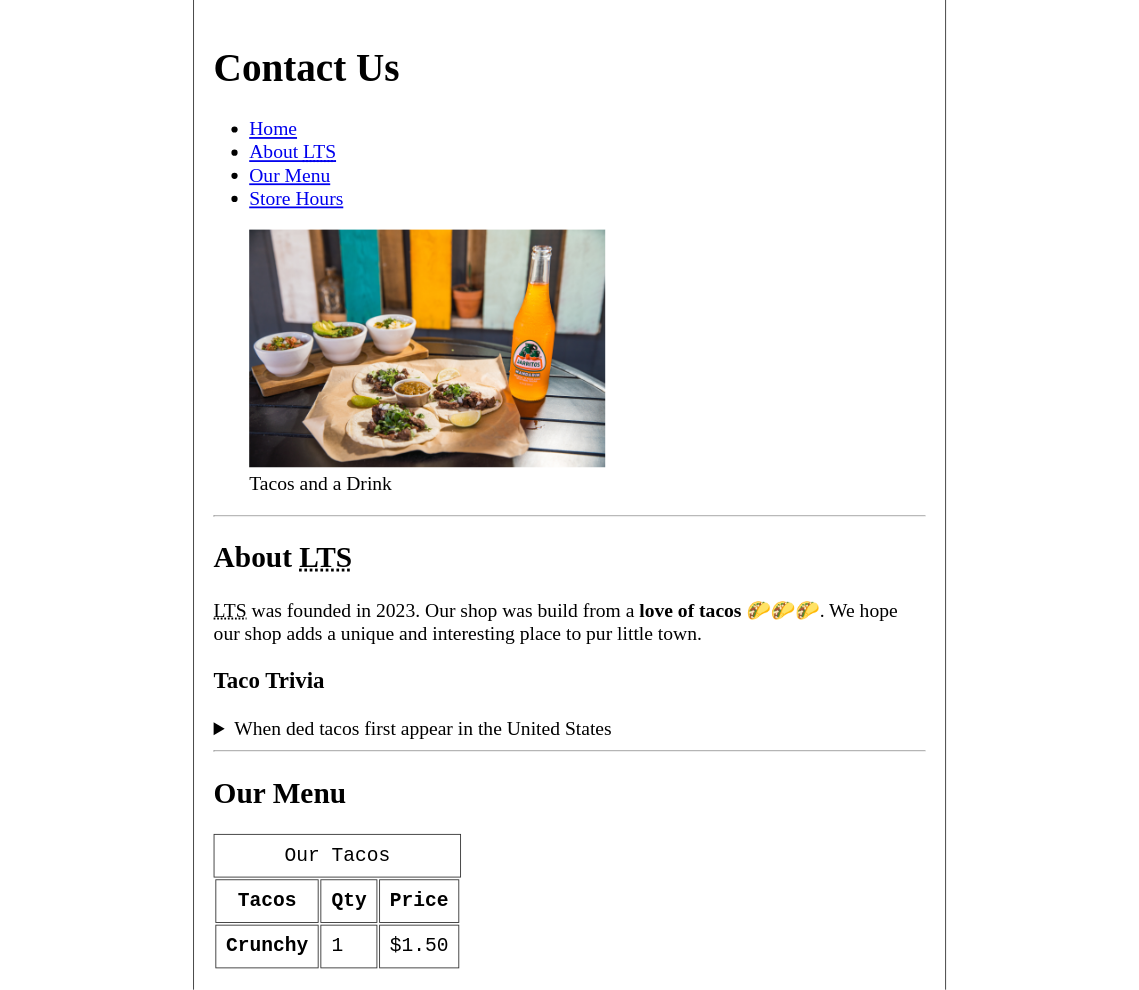
Repository: JavaProgrammerFromEastEurope/project-html-full-tutorial
Page: 10_lesson/contact.html
These files come from the project's save history. The page is drawn as it stood at one moment and after a run of saves; the edit follows.
The browser window is 1280 px wide. The pictures show the whole page, at 89% of full size.

Above is the page before, as saved 2023-04-07 05:27:24.

After the next 6 saves:
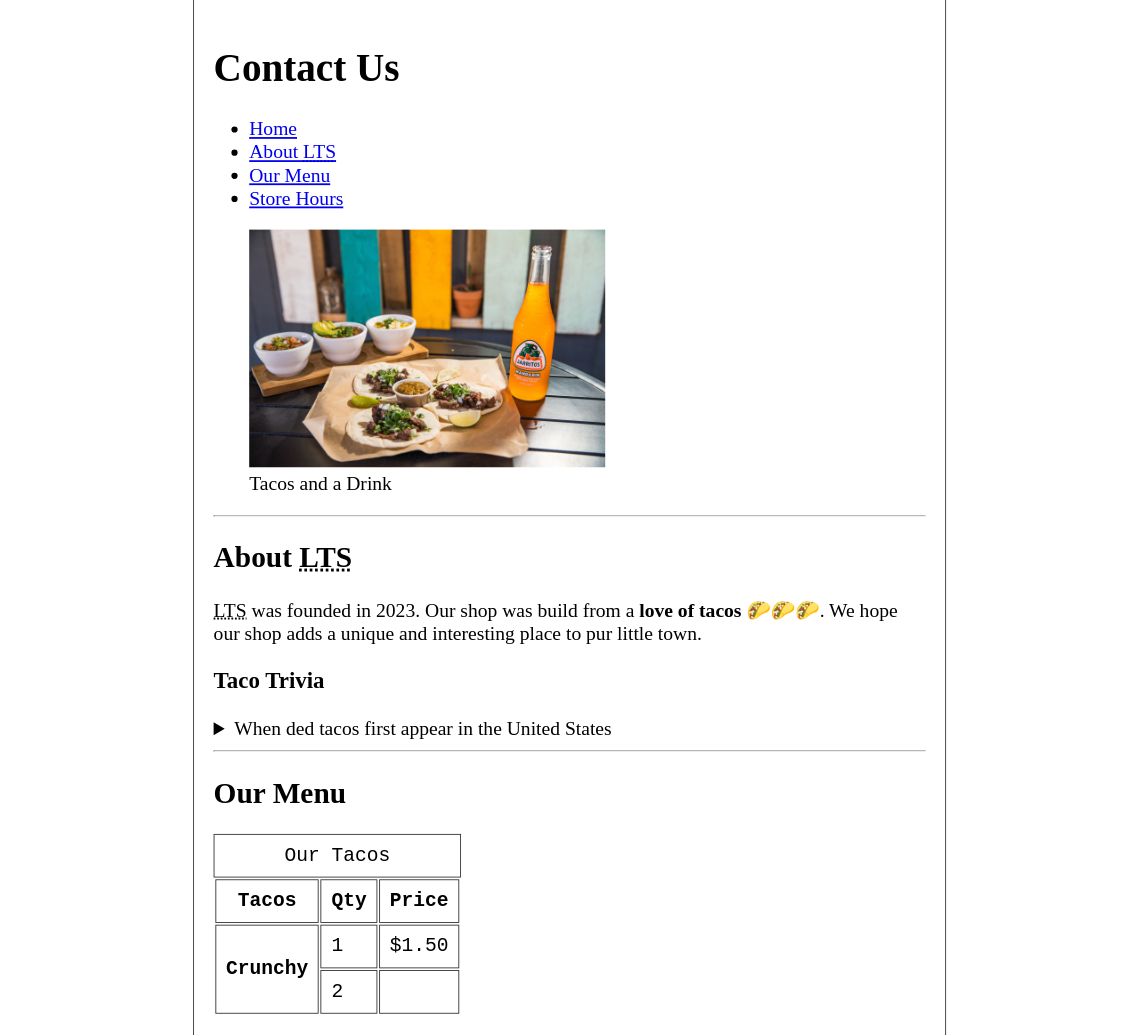
The 6 saves are shown as one change because they came seconds apart.
The last was saved 15 s later.
--- a/10_lesson/contact.html
+++ b/10_lesson/contact.html
@@ -88,6 +88,10 @@
 							<td>1</td>
 							<td>$1.50</td>
 						</tr>
+						<tr>
+							<td>2</td>
+							<td></td>
+						</tr>
 					</tbody>
 				</table>
 			</article>
